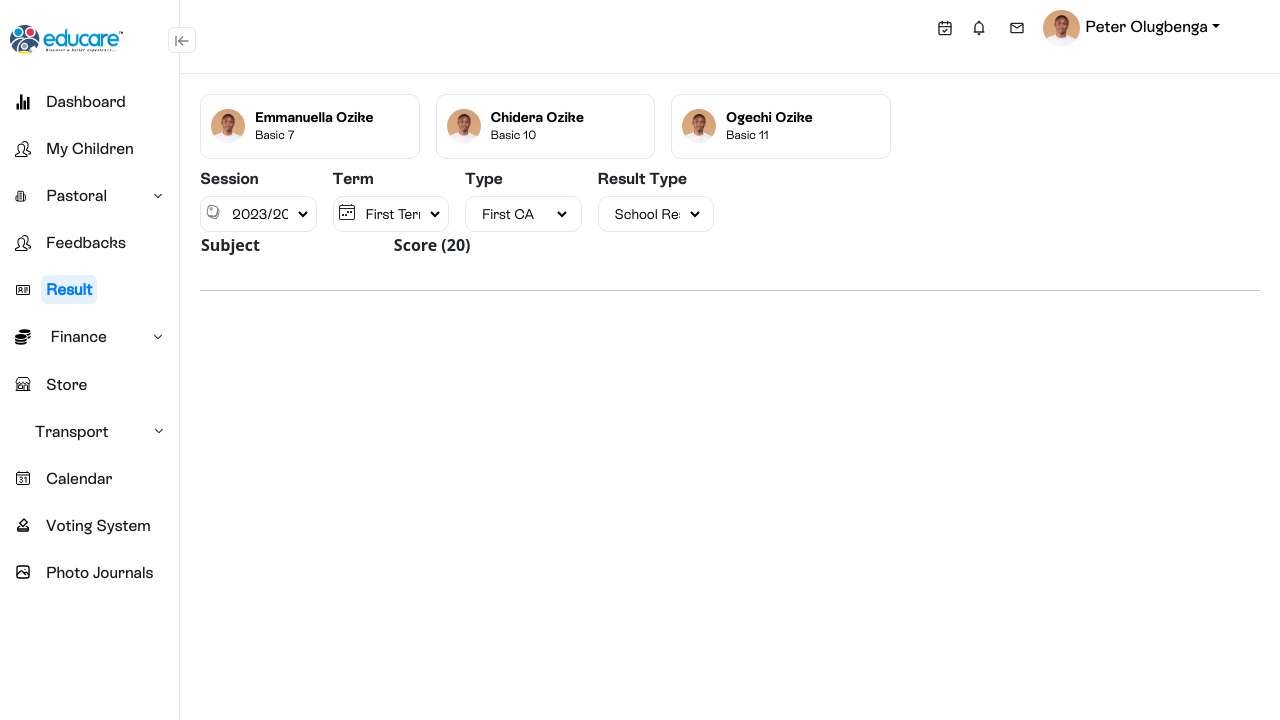
Repository: sarahnnanyelugo/educare-dashboards
Page: /result
These files come from the project's save history. The page is drawn as it stood at one moment and after the next save; the edit follows.
The browser window is 1280 px wide. The pictures show the whole page.
The project was rebuilt for these pictures with package versions that can differ from the ones it lists, and the page was loaded fresh each time. Also part of the build but not shown: src/Dashboards/Parents/MainView/main-view.scss, src/components/News/news.scss, src/components/News/News.js, src/TestData/newsData.js, src/TestData/schEvents.js, src/components/ResultChart/ResultChart.js, src/components/Calender/calender.scss, src/components/Calender/Calender.js and 13 more.

Above is the page before, as saved 2024-10-16 12:19:01.

After the next save:
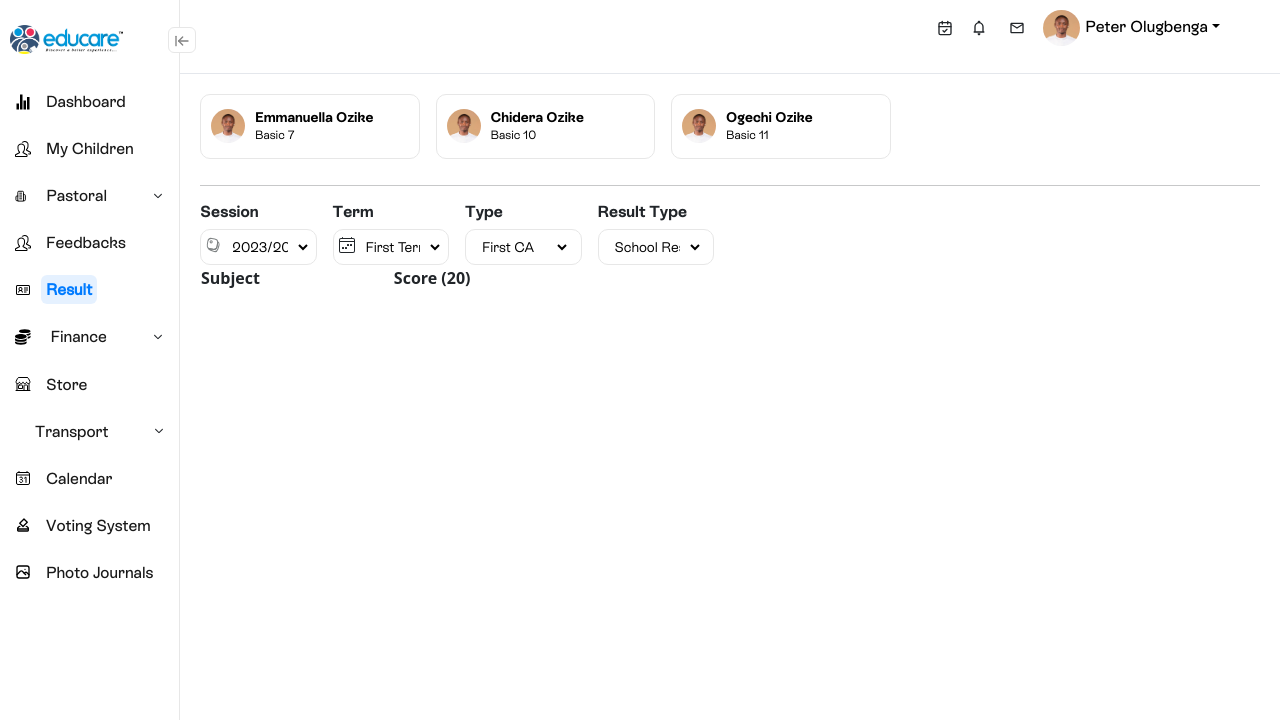
Saved 35 s later.
--- a/src/Dashboards/Parents/Result/Result.js
+++ b/src/Dashboards/Parents/Result/Result.js
@@ -29,7 +29,8 @@ export const Result = () => {
             mode="tab" // This mode is for tab triggering
           />
         ))}
-      </div>
+      </div>{" "}
+      <hr />
       <div className="panels">
         <div className={`panel ${checkActive(1, "active2")}`}>
           <div className="row row-cols-2 row-cols-lg-4 g-2 g-lg-3 col-md-6">
@@ -95,7 +96,6 @@ export const Result = () => {
         <div className={`panel ${checkActive(2, "active2")}`}>2 </div>
         <div className={`panel ${checkActive(3, "active2")}`}> 3</div>
       </div>
-      <hr />
     </div>
   );
 };
